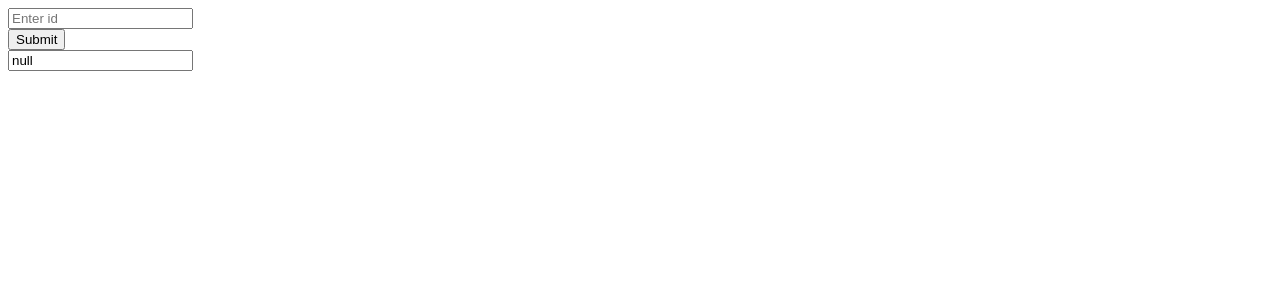
Repository: yashmodi2429/Programs
Page: http://localhost/Employee/deleteemployee.jsp
The author's editor kept a copy of each file at every save. The page is drawn from the files as they stood at one save, then again after the next save.
The browser window is 1280 px wide. The pictures show the whole page.
The page is served by Tomcat 9.

Above is the page before, as saved 2019-02-22 11:51:01.

After the next save:
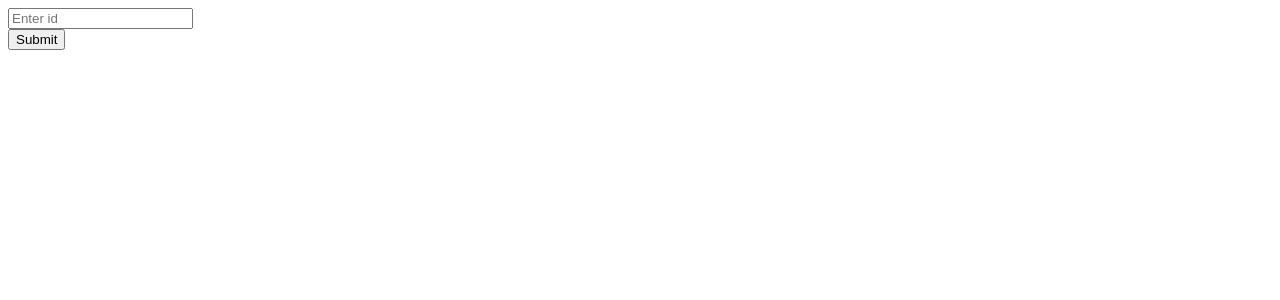
Saved 5 s later.
--- a/Employee/WebContent/deleteemployee.jsp
+++ b/Employee/WebContent/deleteemployee.jsp
@@ -11,6 +11,6 @@
 	<input type="text" name="delete_id" placeholder="Enter id"/> <br>
 	<input type="submit"/>
 </form>
-<input type="text" value="<%= session.getAttribute("name") %>" />
+<input type="hidden" value="<%= session.getAttribute("name") %>" />
 </body>
 </html>
